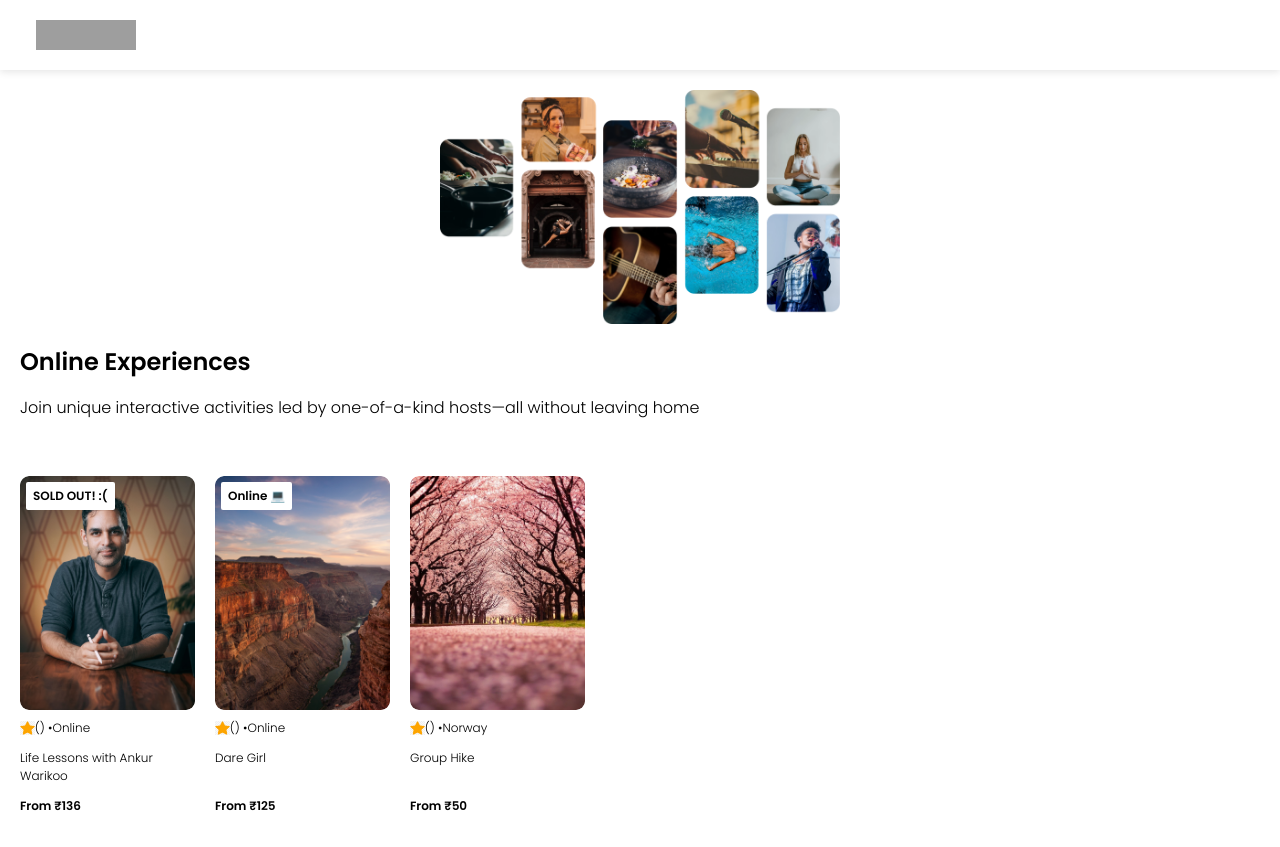
Repository: Sundaram-2001/Airbnb-experience
Page: /
An editor plug-in stored every save of this project. The page is shown before and after the next save, followed by the edit.
The browser window is 1280 px wide. The pictures show the whole page.
Pictures or frames that could not be fetched are drawn as grey boxes. The project was rebuilt for these pictures with package versions that can differ from the ones it lists, and the page was loaded fresh each time.

Above is the page before, as saved 2023-01-25 23:56:41.

### public/index.html
<!DOCTYPE html>
<html lang="en">
  <head>
    <link rel="preconnect" href="https://fonts.googleapis.com">
        <link rel="preconnect" href="https://fonts.gstatic.com" crossorigin>
        <link href="https://fonts.googleapis.com/css2?family=Poppins:wght@300;600&display=swap" rel="stylesheet">
    <meta charset="utf-8" />
    <link rel="icon" href="%PUBLIC_URL%/favicon.ico" />
    <meta name="viewport" content="width=device-width, initial-scale=1" />
    <meta name="theme-color" content="#000000" />
    <meta
      name="description"
      content="Web site created using create-react-app"
    />
    <link rel="apple-touch-icon" href="%PUBLIC_URL%/logo192.png" />

    <link rel="manifest" href="%PUBLIC_URL%/manifest.json" />

    <title>React App</title>
    <link rel="stylesheet" href="styles.css">
  </head>
  <body>
    <script src="index.js"></script>
    <div id="root"></div>

  </body>
</html>

### src/index.js
import React from 'react';
import ReactDOM from 'react-dom';
import App from "./components/App";

ReactDOM.render(<App/>,document.getElementById("root"));

### src/components/App.jsx
import React from 'react';
import ReactDOM from 'react-dom';
import Card from './Card';
import Hero from './Hero';
import Navbar from './Navbar';
import data from "./data";

export default function App(){
  const cards=data.map(item => {
    return(
      <Card

      item={item}
  />



    )


  })
  return (
    <div>
        <Navbar />
        <Hero />
      <section className='cards-list'>
        {cards}
        </section>

    </div>
)
}

### src/components/Card.jsx
import React from 'react';
import ReactDOM from 'react-dom';


function Card(props){
    let badgeText
    if(props.item.openSpots===0){
        badgeText="SOLD OUT! :("
    }
    else if(props.item.location==="Online"){
        badgeText="Online 💻"
    }
    return(
        <div className="card">
           {badgeText && <div className="card--badge">{badgeText}</div>}
            <img src={`../images/${props.item.coverImg}`} className="card--image" />
            <div className="card--stats">
                <img src="../images/download.png" className='card--star' />
                <span>{props.item.rating}</span>
                <span>({props.item.reviewCount}) • </span>
                <span>{props.item.location}</span>
            </div>
            <p className='card--title'> {props.item.title}</p>
            <p className="card--price"><span className="bold">From ₹{props.item.price}</span> </p>

        </div>
    )
}


export default Card;

### src/components/Hero.jsx
import React from 'react';
import ReactDOM from 'react-dom';


function Hero(){
    return(
        <section className='hero'>
            <img  className='hero--photo' src="../images/grid.png" alt="" />
            <h1 className='hero--header'>Online Experiences</h1>
            <p className='hero--text'>Join unique interactive activities led by
            one-of-a-kind hosts—all without leaving home</p>
        </section>
    )
}


export default Hero;//https://user-images.githubusercontent.com/78269625/158746508-4cd3f5a4-b6c4-4799-afe7-30777b1e0f5f.png

### src/components/Navbar.jsx
import React from 'react';
import ReactDOM from 'react-dom';

function Navbar(){
    return(

        <nav>
            <img className='nav--logo' src="../images/airbnb.png" alt="Air-bnb logo" width="120px" />

        </nav>

    )
}

export default Navbar;

//https://media.designrush.com/inspiration_images/135187/conversions/_1511452487_364_Airbnb-mobile.jpg

### src/components/data.jsx
export default [
    {
        id: 1,
        title: "Life Lessons with Ankur Warikoo",
        description: "I will share with you what I call \"Positively Impactful Moments of Disappointment.\" Throughout my career, many of my highest moments only came after setbacks and losses. But learning from those difficult moments is what gave me the ability to rise above them and reach my goals.",
        price: 136,
        coverImg: "ankur-warikoo.png",
        stats: {
            rating: 5.0,
            reviewCount: 6
        },
        location: "Online",
        openSpots: 0,
    },
    {
        id: 2,
        title: "Dare Girl",
        description: "Interested in becoming a wedding photographer? For beginner and experienced photographers alike, join us in learning techniques required to leave the happy couple with memories that'll last a lifetime.",
        price: 125,
        coverImg: "grand-canyon.png",
        stats: {
            rating: 5.0,
            reviewCount: 30
        },
        location: "Online",
        openSpots: 27,
    },
    {
        id: 3,
        title: "Group Hike",
        description: "Experience the beautiful Norwegian landscape and meet new friends all while conquering rugged terrain on your mountain bike. (Bike provided!)",
        price: 50,
        coverImg: "japan-forest.png",
        stats: {
            rating: 4.8,
            reviewCount: 2
        },
        location: "Norway",
        openSpots: 3,
    }
]

### public/styles.css
* {
    box-sizing: border-box;
}

body {
    margin: 0;
    font-family: 'Poppins', sans-serif;
}

nav {
    height: 70px;
    display: flex;
    padding: 20px 36px;
    box-shadow: 0px 2.98256px 7.4564px rgba(0, 0, 0, 0.1);
}

.bold {
    font-weight: bold;
}

.gray {
    color: #918E9B;
}

.nav--logo {
    max-width: 100px;
}

section {
    padding: 20px;
}

.hero {
    display: flex;
    flex-direction: column;
}

.hero--photo {
    max-width: 400px;
    align-self: center;
}

.hero--header {
    margin-bottom: 16px;
}

.hero--text {
    margin-top: 0;
}

.cards-list {
    display: flex;
    flex-wrap: nowrap;
    gap: 20px;
    overflow-x: auto;
}

.card {
    width: 175px;
    font-size: 12px;
    flex: 0 0 auto;         /* ADD */
    display: flex;          /* ADD */
    flex-direction: column; /* ADD */
    position: relative;
}

.card--image {
    width: 100%;
    border-radius: 9px;
    margin-bottom: 9px;
}

/* ADD */
.card--title {
    overflow: hidden;
    text-overflow: ellipsis;
}

.card--stats {
    display: flex;
    align-items: center;
}

.card--star {
    height: 14px;
}

/* ADD */
.card--price {
    margin-top: auto;
}

.card--badge {
    position: absolute;
    top: 6px;
    left: 6px;
    background-color: white;
    padding: 5px 7px;
    border-radius: 2px;
    font-weight: bold;
}

After the next save:
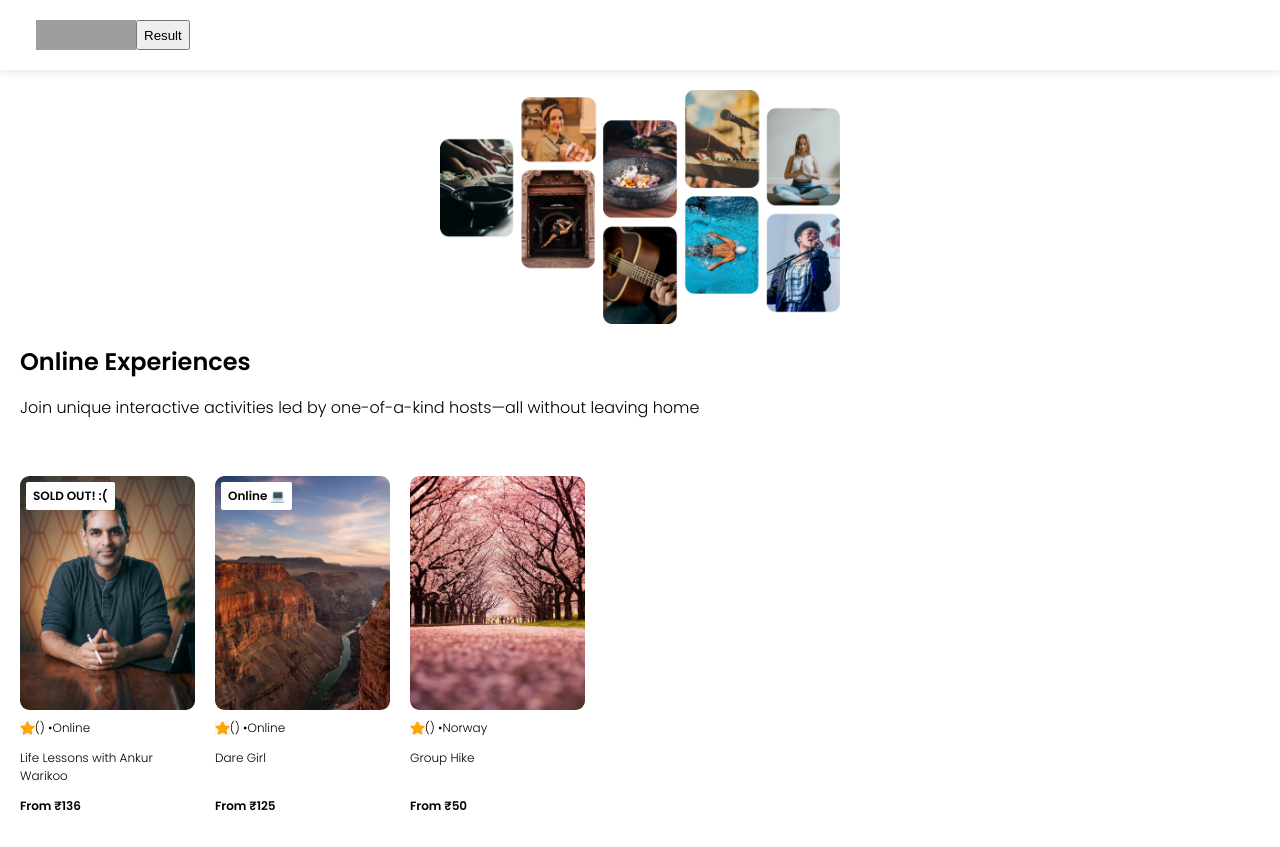
Saved 54 s later.
--- a/src/components/Navbar.jsx
+++ b/src/components/Navbar.jsx
@@ -6,7 +6,7 @@
 
         <nav>
             <img className='nav--logo' src="../images/airbnb.png" alt="Air-bnb logo" width="120px" />
-
+            <button class = "button">Result</button>
         </nav>
 
     )
